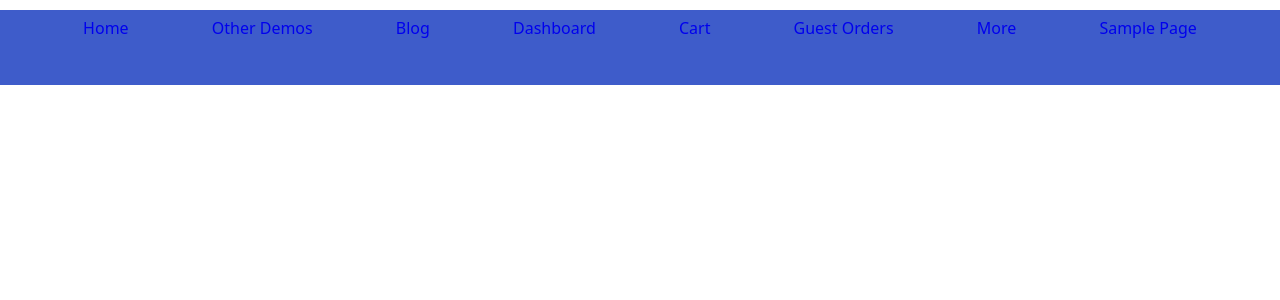
Repository: lannguyen1301/f8-zoom-day-4
Page: menu.html
The author's editor kept a copy of each file at every save. The page is drawn from the files as they stood at one save, then again after the next save.
The browser window is 1280 px wide. The pictures show the whole page.

Above is the page before, as saved 2025-04-18 01:26:45.

After the next save:
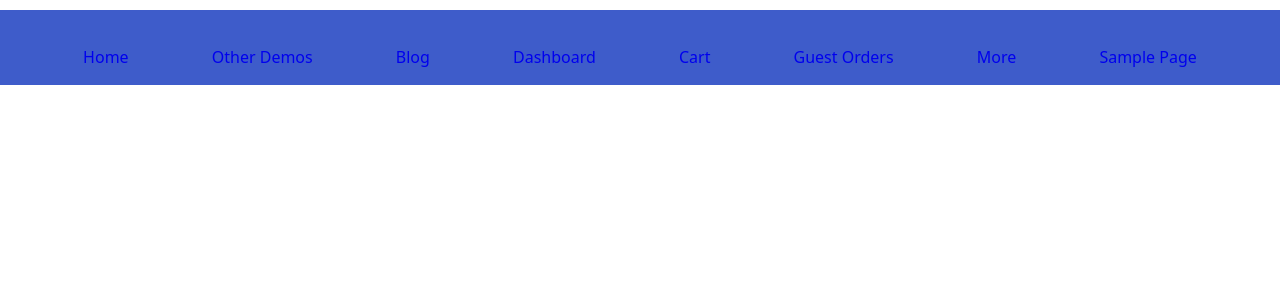
Saved 4 s later.
--- a/assets/css/navbar-style.css
+++ b/assets/css/navbar-style.css
@@ -28,5 +28,5 @@
 }
 
 .navbar-item {
-    lh
+    line-height: 75px;
 }
